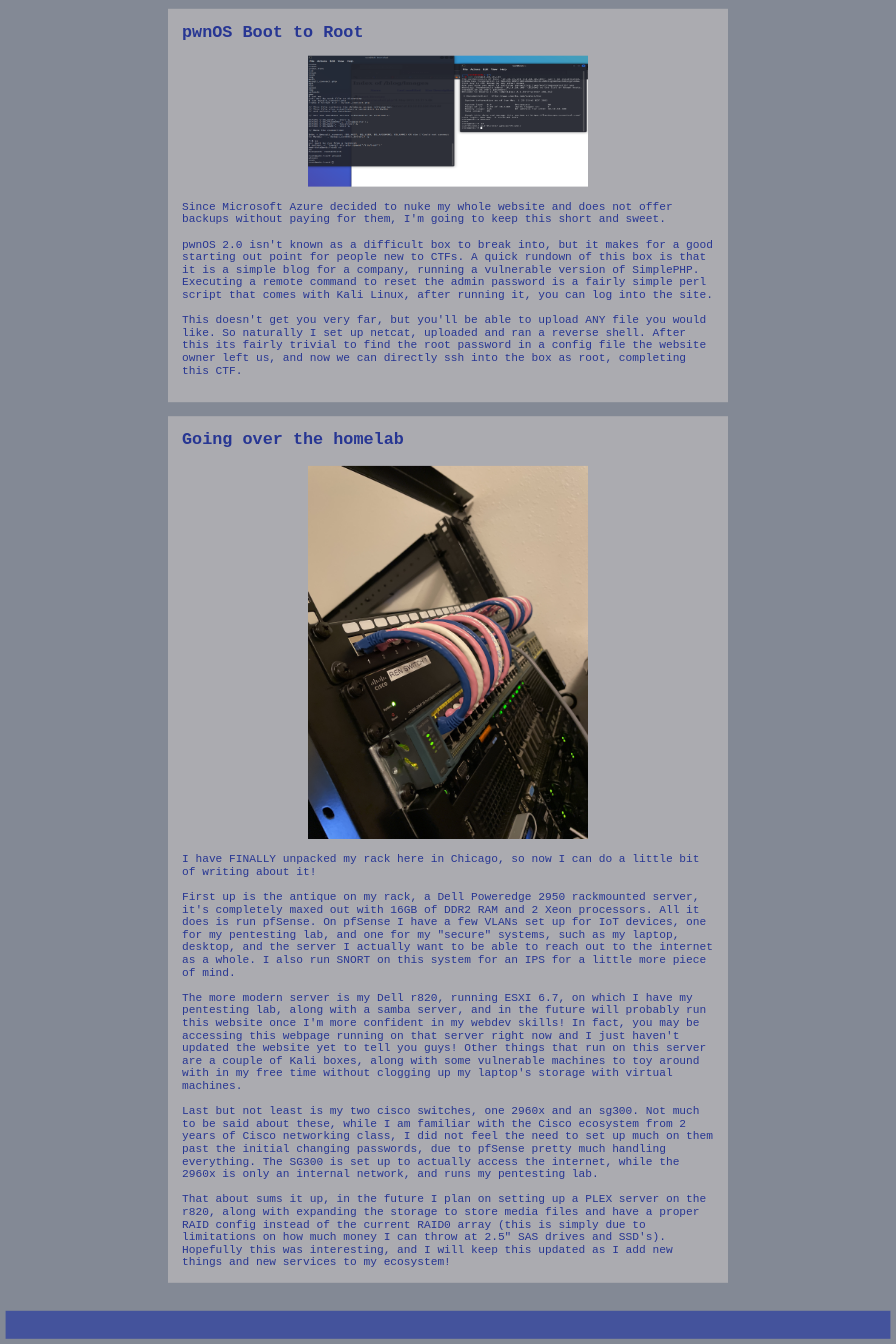
Repository: RennarDeer/RenDev
Page: index.html
These files come from the project's save history. The page is drawn as it stood at one moment and after the next save; the edit follows.
The browser window is 1280 px wide. The pictures show the part of the page from y = 1002 to 2922 px (the page is 2922 px tall before and 2711 px after), at 70% of full size.
Some web libraries are served in a nearby version.

Above is the page before, as saved 2023-02-16 23:04:41.
Console error: TypeError: Cannot read properties of null (reading 'addEventListener')

After the next save:
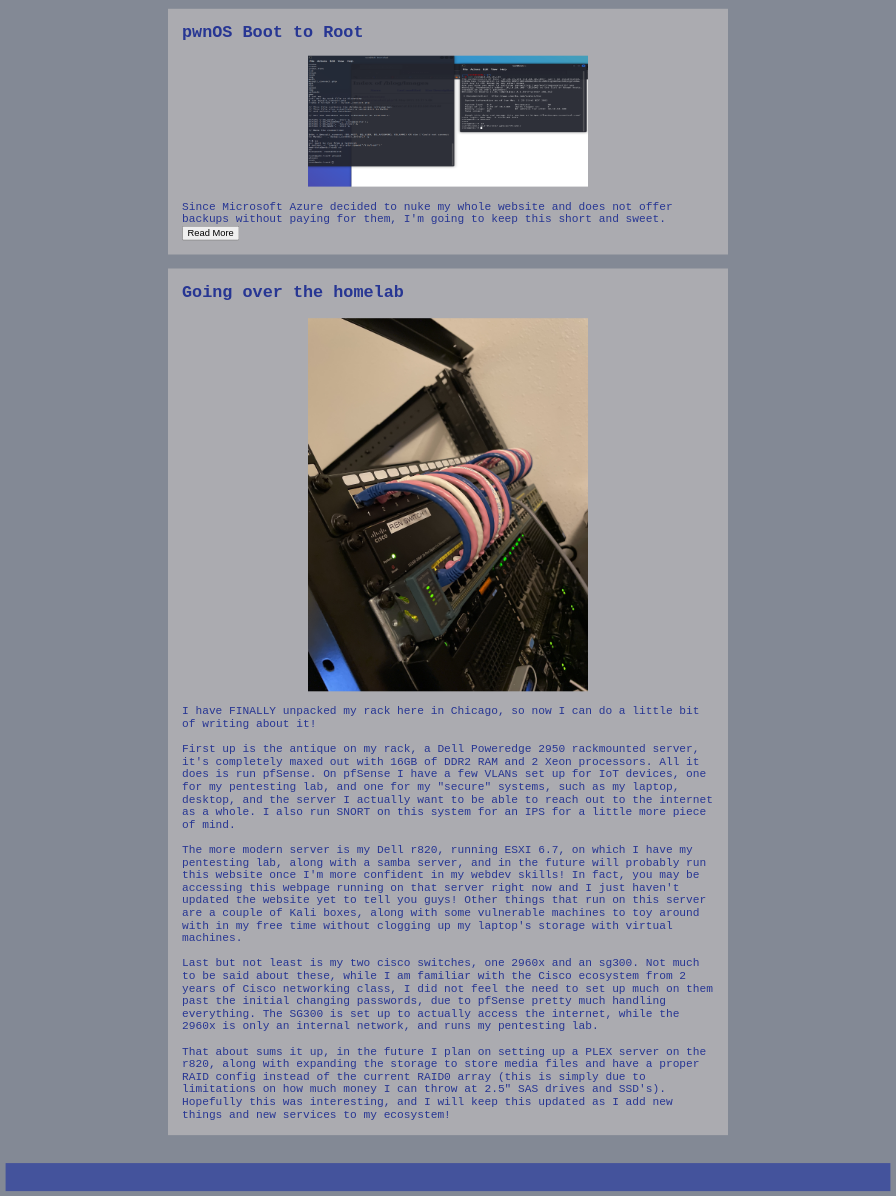
Saved 31 s later.
--- a/index.html
+++ b/index.html
@@ -4,7 +4,6 @@
     <title>Rennar's Website</title>
     <link rel="stylesheet" type="text/css" href="style.css">
     <script src="readmore.js"></script>
-    <script src="https://ajax.googleapis.com/ajax/libs/jquery/2.1.1/jquery.min.js"></script>
   </head>
   <body>
     <header>
@@ -38,11 +37,15 @@
 
         <img src="boot2root.png" alt="Boot2Root">
 
-        <p class="show-read-more">Since Microsoft Azure decided to nuke my whole website and does not offer backups without
+        Since Microsoft Azure decided to nuke my whole website and does not offer backups without
         paying for them, I'm going to keep this short and sweet.
 
+        <button id="read-more-btn">Read More</button>
+
+        <div id="article-more" style="display: none;">
+
             <br><br>
-
+            <p>
         pwnOS 2.0 isn't known as a difficult box to break into, but it makes for a good starting out
         point for people new to CTFs. A quick rundown of this box is that it is a simple blog for a
         company, running a vulnerable version of SimplePHP. Executing a remote command to reset
@@ -54,8 +57,8 @@
         This doesn't get you very far, but you'll be able to upload ANY file
         you would like. So naturally I set up netcat, uploaded and ran a reverse shell. After this its
         fairly trivial to find the root password in a config file the website owner left us, and now
-        we can directly ssh into the box as root, completing this CTF.</p>
-
+        we can directly ssh into the box as root, completing this CTF.
+        </p>
         </article>
       <article>
         <h3>Going over the homelab</h3>
